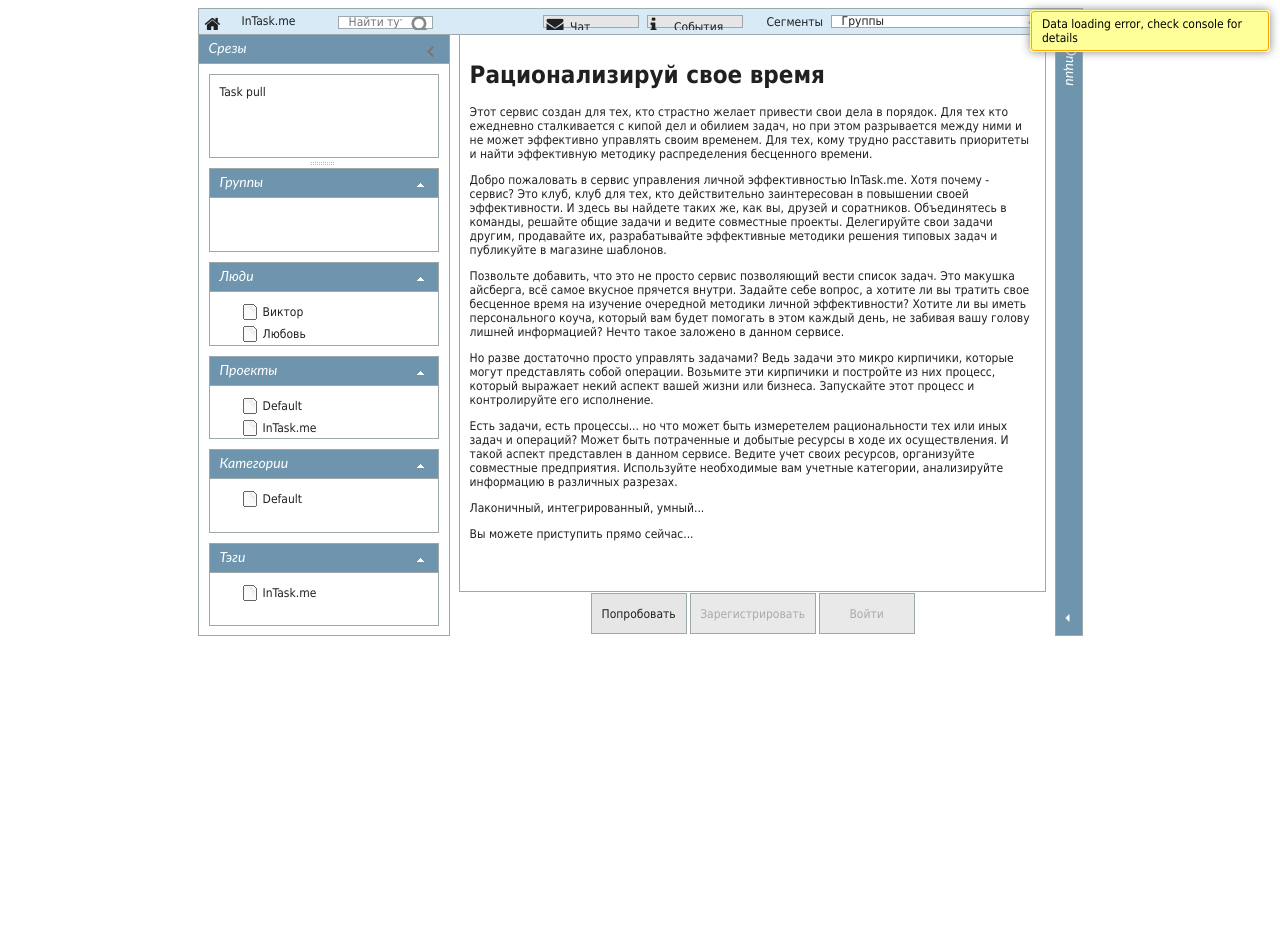
Repository: Startdoid/fnsc
Page: client/index.html
The author's editor kept a record of every edit. The page is drawn from the files as they stood at one moment, then again after the next edit.
The browser window is 1280 px wide. The pictures show the whole page.
The page's requests for data from a server got no answer.

Above is the page before.

After the next edit:
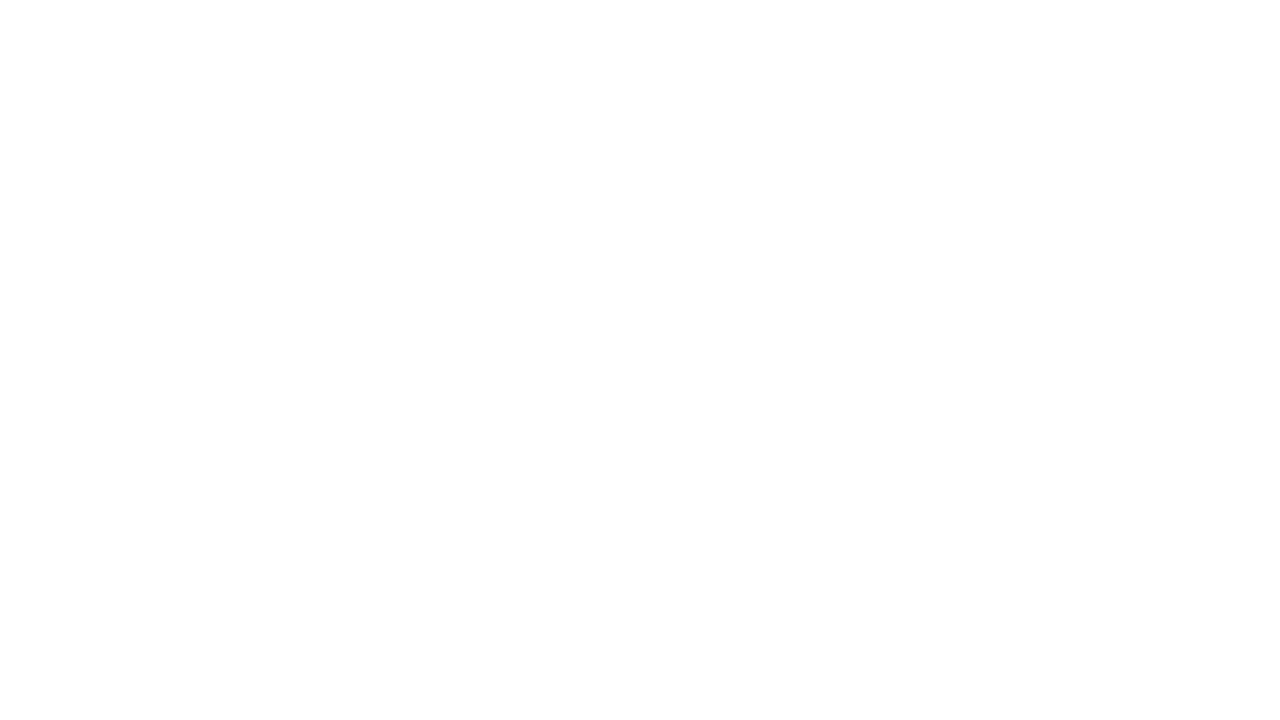
The edit:
--- a/client/js/main.js
+++ b/client/js/main.js
@@ -293,19 +293,6 @@
   });
 
   //_.extend(App.Collections.Groups, Backbone.Events);
-
-	//Создаем на основе коллекции менеджер дерева групп
-	App.Trees.GroupTree = new treeManager(App.Collections.Groups.models);
-
-  //вебикс конфигурация основного окна загруженная в экземпляр объекта вебиксового менеджера окон
-  //описание внизу модуля
-  var masterframe = new webix.ui({
-    id:"masterframe",
-    container:"masterframe",
-    rows:[App.Frame.headerframe,
-      {cols:[App.Frame.sliceframe, App.Frame.greetingframe, App.Frame.optionsframe]}
-    ]
-  });
 
   webix.i18n.parseFormatDate = webix.Date.strToDate("%m/%d/%Y");
   webix.event(window, "resize", function(){ masterframe.adjust(); });

After the 2 edits that followed:
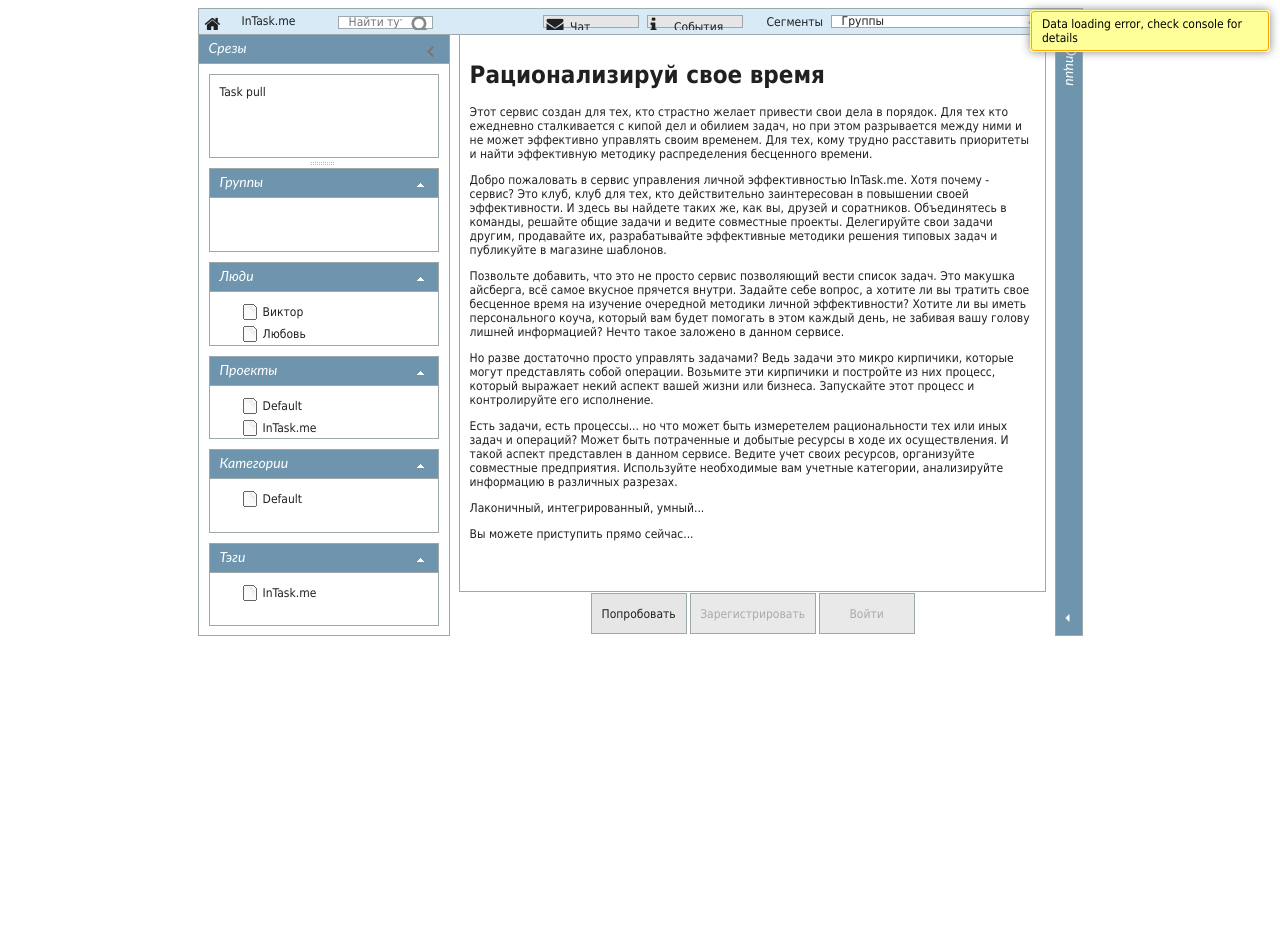
The 2 edits are shown as one change because 1 left the picture as it was.
The edit:
--- a/client/js/main.js
+++ b/client/js/main.js
@@ -266,7 +266,6 @@
   };
 
   var buildInterfaceAfterFetch = function(Groups, response, options) {
-      console.log("user");
   };
 
   //Создаем коллекцию групп
@@ -293,6 +292,19 @@
   });
 
   //_.extend(App.Collections.Groups, Backbone.Events);
+  	//Создаем на основе коллекции менеджер дерева групп
+  	App.Trees.GroupTree = new treeManager(App.Collections.Groups.models);
+
+  //вебикс конфигурация основного окна загруженная в экземпляр объекта вебиксового менеджера окон
+  //описание внизу модуля
+  var masterframe = new webix.ui({
+    id:"masterframe",
+    container:"masterframe",
+    rows:[App.Frame.headerframe,
+      {cols:[App.Frame.sliceframe, App.Frame.greetingframe, App.Frame.optionsframe]}
+    ]
+  });
+
 
   webix.i18n.parseFormatDate = webix.Date.strToDate("%m/%d/%Y");
   webix.event(window, "resize", function(){ masterframe.adjust(); });
